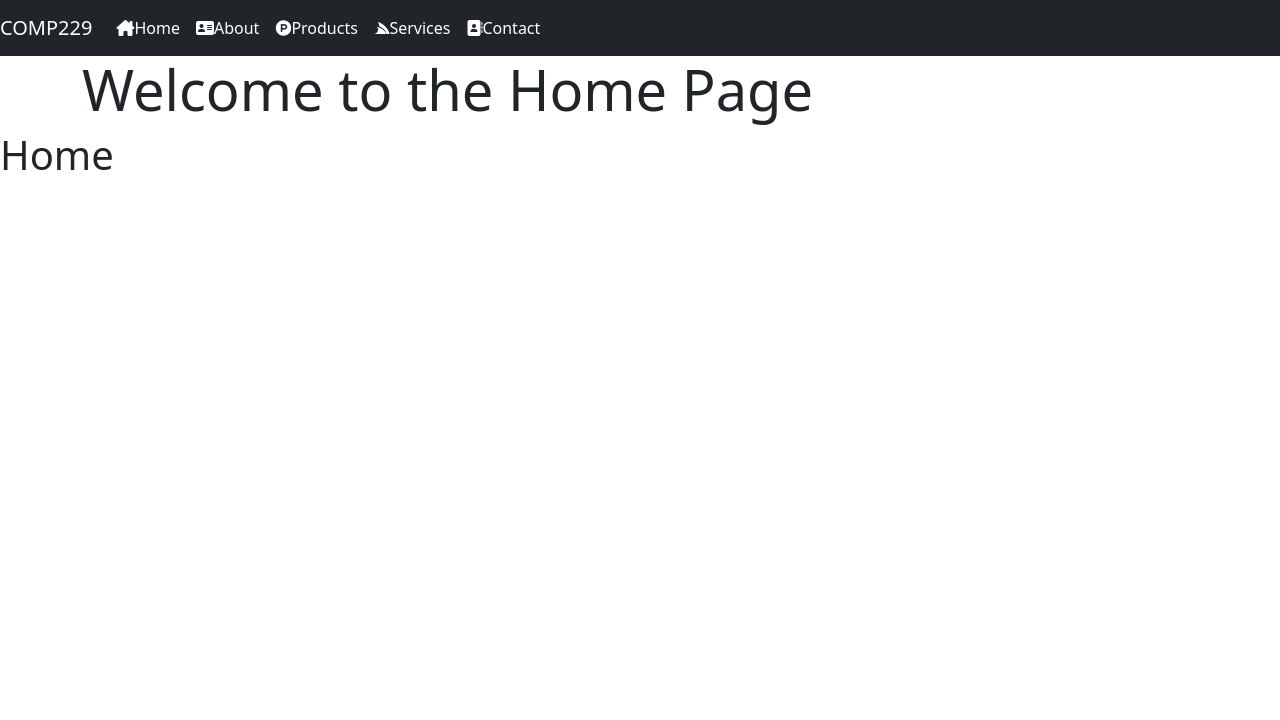
Repository: BlessingAjiboye/WEEK52023W
Page: http://localhost/
The author's editor kept a copy of each file at every save. The page is drawn from the files as they stood at one save, then again after a run of saves.
The browser window is 1280 px wide. The pictures show the whole page.
The page is served by the project's Node server (server.js).

Above is the page before, as saved 2023-01-26 11:35:44.

After the next 3 saves:
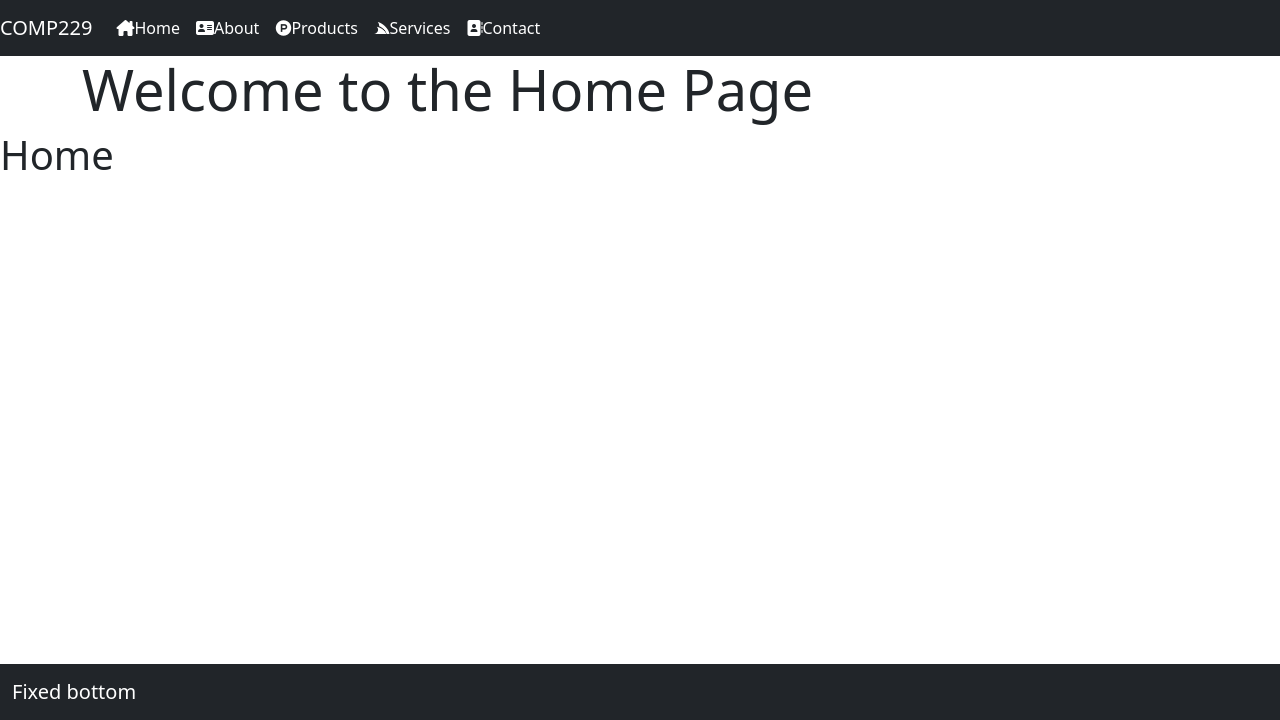
The 3 saves are shown as one change because they came seconds apart.
The last was saved 9 s later.
--- a/views/index.ejs
+++ b/views/index.ejs
@@ -67,7 +67,7 @@
     </div>
   </main>
   <footer>
-    <nav class="navbar fixed-bottom navbar-dark bg-body-tertiary">
+    <nav class="navbar fixed-bottom navbar-dark bg-dark">
   <div class="container-fluid">
     <a class="navbar-brand" href="#">Fixed bottom</a>
   </div>
